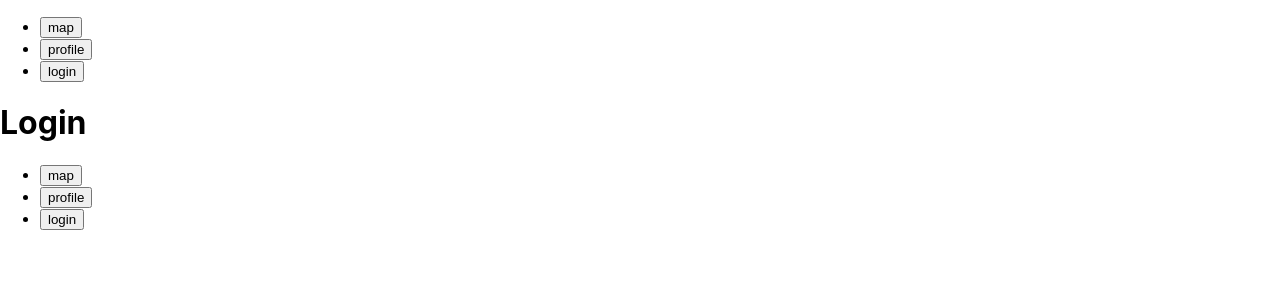
Repository: NikaMana/loft-taxi
Page: /
The author's editor kept a copy of each file at every save. The page is drawn from the files as they stood at one save, then again after the next save.
The browser window is 1280 px wide. The pictures show the whole page.
The project was rebuilt for these pictures with package versions that can differ from the ones it lists, and the page was loaded fresh each time. Also part of the build but not shown: src/App.css, src/Map/Map.tsx, src/Profile/Profile.tsx.

Above is the page before, as saved 2019-10-28 16:58:39.

After the next save:
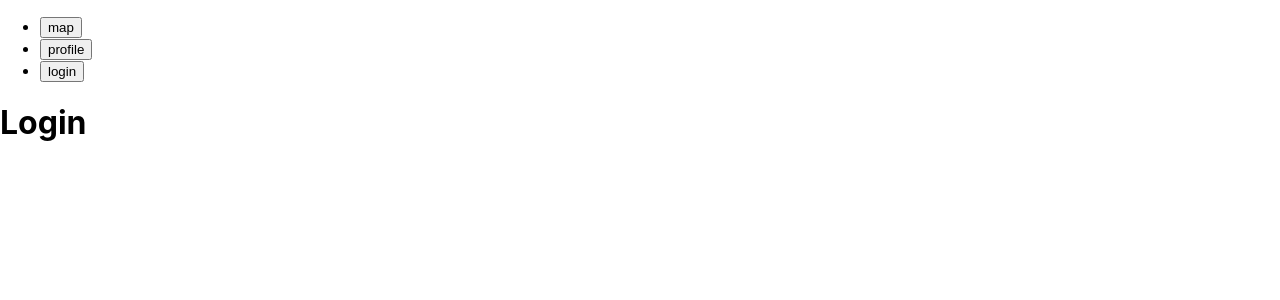
Saved 25 s later.
--- a/src/Login/Login.tsx
+++ b/src/Login/Login.tsx
@@ -10,7 +10,6 @@ class Login extends React.Component<LoginProps, LoginState> {
   render() {
     return ( <div>
         <h1>Login</h1>
-        <Nav />
     </div> );
   }
 }
